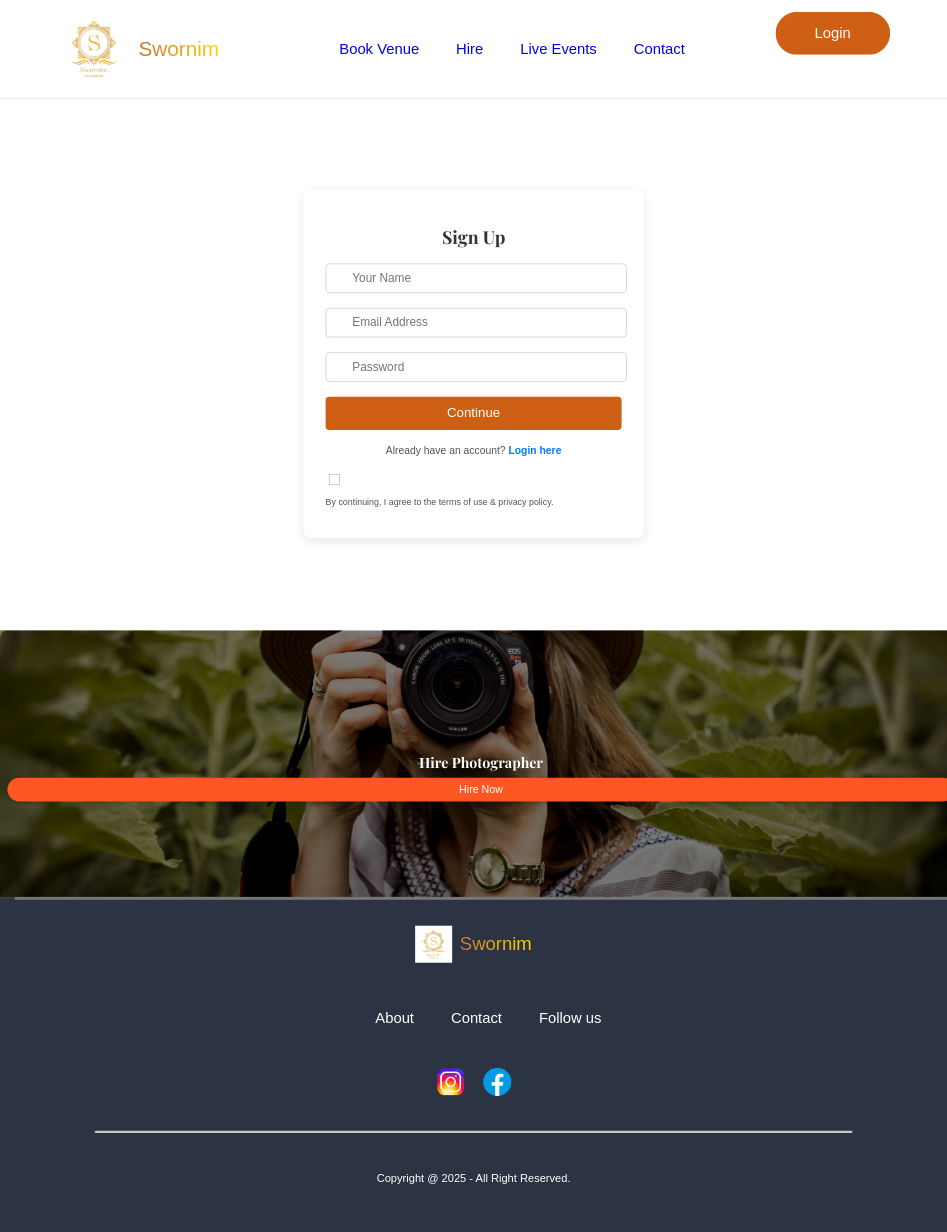
Repository: leonischu/Swornim
Page: /login (app in frontend/)
The author's editor kept a copy of each file at every save. The page is drawn from the files as they stood at one save, then again after the next save.
The browser window is 1280 px wide. The pictures show the whole page, at 74% of full size.
Pictures or frames that could not be fetched are drawn as grey boxes. The project was rebuilt for these pictures with package versions that can differ from the ones it lists, and the page was loaded fresh each time. Also part of the build but not shown: frontend/src/App.css, frontend/src/Pages/Book.jsx, frontend/src/Pages/Contact.jsx.

Above is the page before, as saved 2025-06-01 18:04:58.

After the next save:
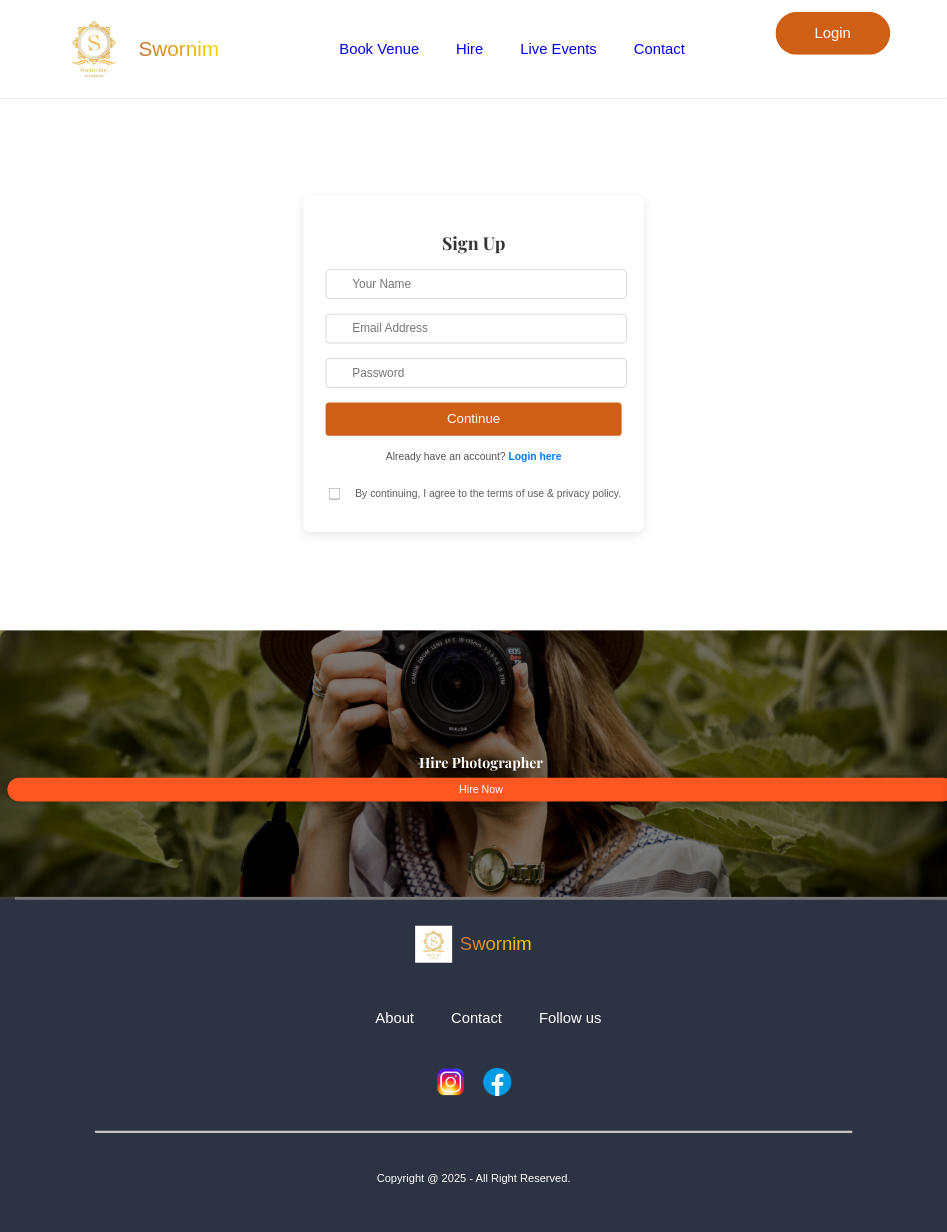
Saved 80 s later.
--- a/frontend/src/Pages/CSS/LoginSignup.css
+++ b/frontend/src/Pages/CSS/LoginSignup.css
@@ -90,10 +90,12 @@ button:hover {
 }
 
 .loginsignup-agree {
+  display: flex;
+  align-items: center; /* Vertically aligns checkbox and text */
+  gap: 10px; /* Space between the checkbox and the text */
   margin-top: 20px;
-  text-align: left;
-  color: #555;
-  font-size: 12px;
+  font-size: 14px;
+  color: #5c5c5c;
 }
 
 .loginsignup-agree input {
